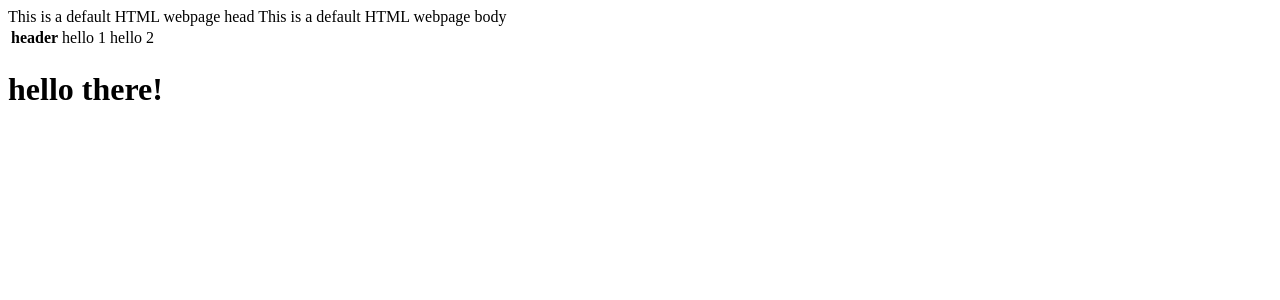
Repository: max-fish/vizual-language
Page: example_project/vizual.project/src-gen/Mainviz.html
These files come from the project's save history. The page is drawn as it stood at one moment and after the next save; the edit follows.
The browser window is 1280 px wide. The pictures show the whole page.

Above is the page before, as saved 2021-04-25 22:30:31.

After the next save:
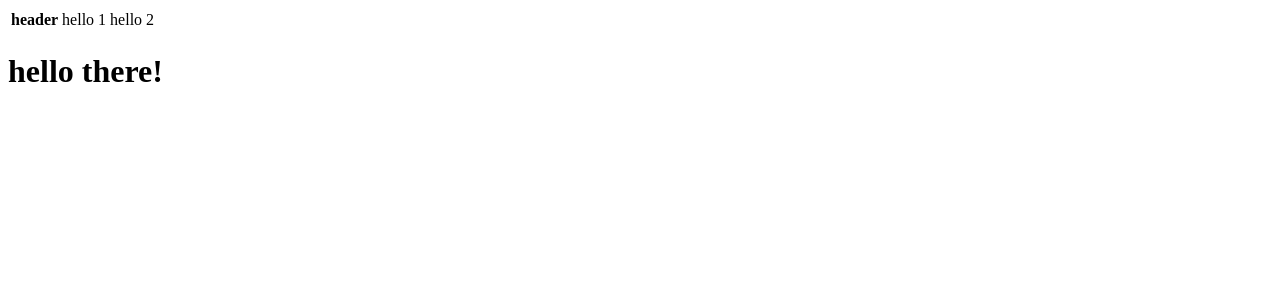
Saved 50 min 25 s later.
--- a/example_project/vizual.project/src-gen/Mainviz.html
+++ b/example_project/vizual.project/src-gen/Mainviz.html
@@ -1,6 +1,5 @@
 <!DOCTYPE html>
-<head> This is a default HTML webpage head </head>
-<body> This is a default HTML webpage body </body>
+
 <table>
 <tr>
 <th>header</th>
